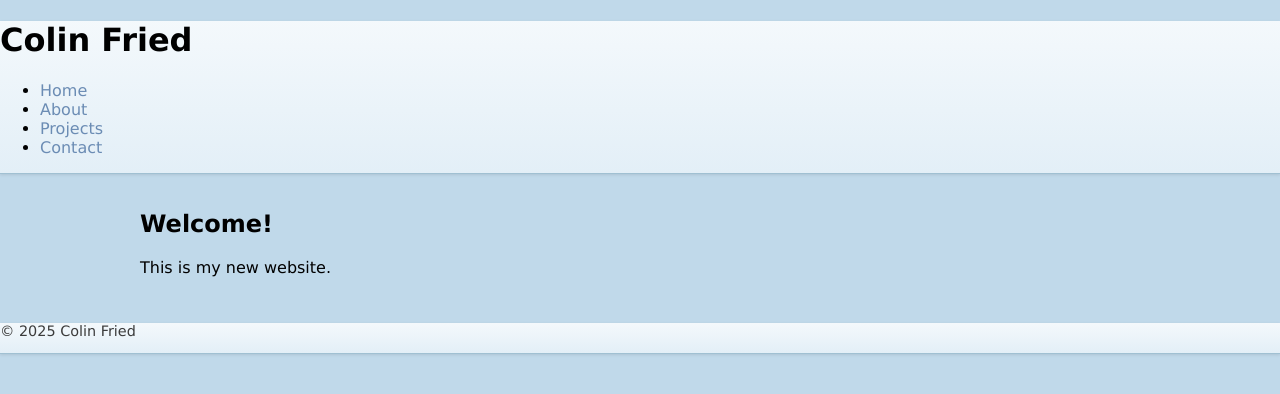
Repository: colinfdsaui/colin
Page: website.html
These files come from the project's save history. The page is drawn as it stood at one moment and after the next save; the edit follows.
The browser window is 1280 px wide. The pictures show the whole page.

Above is the page before, as saved 2025-07-08 12:13:41.

### website.html
<!DOCTYPE html>
<html lang="en">
<link rel="stylesheet" href="styles.css">

<head>
    <meta charset="UTF-8"/>
    <meta name="viewport" content="width=device-width, initial-scale=1.0"/>
    <title>My Website</title>
    <link rel="stylesheet" href="styles.css"/>
</head>
<body>

<!-- Header / Nav -->
<header>
    <h1>Colin Fried</h1>
    <nav>
        <ul class="nav-links">
            <li><a class="active" href="website.html">Home</a></li>
            <li><a href="about.html">About</a></li>
            <li><a href="projects.html">Projects</a></li>
            <li><a href="test.html">Contact</a></li>
        </ul>
    </nav>
</header>

<!-- Main Content-->
<main>
    <section id="hero">
        <h2>Welcome!</h2>
        <p>This is my new website.</p>
    </section>
</main>

<!-- Footer -->
<footer>
    <p> © 2025 Colin Fried</p>
</footer>

<body>
</html>

### styles.css
/* ====================
   Global & layout
   ==================== */

/* 1) Define your palette once, at the top of your main stylesheet */
:root {
  /* ─── Aqua Palette ───────────────────────────────────────────────────────── */
  /* Light backgrounds */
  --aqua-bg-primary:      #c0d9ea; /* window background */
  --aqua-bg-secondary:    #e3eff7; /* sidebar / panels */
  --aqua-bg-highlight:    #fffffd; /* key UI surfaces */

  /* Accent blues */
  --aqua-accent:          #8db9e3; /* buttons, active tabs */
  --aqua-accent-dark:     #6b8cb4; /* hover, active state */

  /* Text */
  --aqua-text-primary:    #000000; /* body text */
  --aqua-text-secondary:  #3b3b3b; /* captions, secondary labels */
  --aqua-text-inverse:    #ffffff; /* on blue buttons, etc */

  /* Borders / dividers */
  --aqua-border:          #a0c0d2;

  /* Shadows (optional) */
  --aqua-shadow:          rgba(0, 0, 0, 0.1);
}

/* Base page styles */
body {
  margin:            0;
  padding:           0;
  font-family:       "Lucida Grande", -apple-system, BlinkMacSystemFont, sans-serif;
  background-color:  var(--aqua-bg-primary);
  color:             var(--aqua-text-primary);
}

/* Header & Footer with fallback + gradient + borders + shadow */
header,
footer {
  /* solid‑color fallback */
  background-color: var(--aqua-bg-secondary);

  /* gradient layered on top */
  background-image: linear-gradient(
    to bottom,
    rgba(255,255,955,0.6),
    var(--aqua-bg-secondary)
  );

  background-repeat: no-repeat;
  background-size:   cover;

  border-bottom:     1px solid var(--aqua-border);
  box-shadow:        0 1px 3px var(--aqua-shadow);
}

main {
  padding:    1rem;
  max-width:  1000px;
  margin:     auto;
}

footer {
  font-size: 0.9rem;
  color:     var(--aqua-text-secondary);
}

/* ====================
   Typography & Links
   ==================== */
a {
  color:           var(--aqua-accent-dark);
  text-decoration: none;
}

a:hover {
  text-decoration: underline;
}

/* ====================
   Buttons & Panels
   ==================== */
button {
  background-color: var(--aqua-accent);
  color:            var(--aqua-text-inverse);
  border:           1px solid var(--aqua-accent-dark);
  border-radius:    4px;
  padding:          0.5em 1em;
  cursor:           pointer;
  box-shadow:       0 1px 2px var(--aqua-shadow);
  font-family:      inherit;
  transition:       background-color 0.2s ease;
}

button:hover {
  background-color: var(--aqua-accent-dark);
}

.panel {
  background-color: var(--aqua-bg-highlight);
  border:           1px solid var(--aqua-border);
  padding:          1em;
  border-radius:    6px;
}

/* ====================
   Clickable Images (cursor stays arrow)
   ==================== */
img.clickable {
  cursor:     default; /* arrow only */
  transition:
    transform 0.15s ease-out,
    filter    0.15s ease-out;
}

img.clickable:hover {
  transform: scale(1.05);
  filter:
    drop-shadow(0 4px 8px rgba(0,0,0,0.2))
    brightness(1.05);
}

/* ====================
   Flipbook container
   ==================== */
#flipbook,
#flipbook-wrapper {
  width:       800px;
  height:      600px;
  margin:      2rem auto;
  overflow:    hidden;
  background:  var(--aqua-bg-highlight);
  border:      1px solid var(--aqua-border);
  box-shadow:  0 2px 4px var(--aqua-shadow);
}

/* Two‑page layout */
#flipbook .page {
  width:         50%;
  height:        100%;
  float:         left;
  overflow:      hidden;
  background:    var(--aqua-bg-highlight);
  border-right:  1px solid var(--aqua-border);
}

#flipbook .page:last-child {
  border-right: none;
}

/* Single‑page hack */
#flipbook.single-page .page:nth-child(1) {
  display:      block;
  margin:       0 auto;
  width:        50%;
}
#flipbook.single-page .page:nth-child(2) {
  display: none;
}

/* Page images */
#flipbook .page img {
  width:       100%;
  height:      100%;
  object-fit:  contain;
  transition:  transform 0.3s ease;
}

/* Zoomed page image */
#flipbook .page img.zoomed {
  transform: scale(2);
  cursor:    zoom-out;
}

/* Mask (page‑1 illusion) */
#mask {
  position:          absolute;
  inset:             0;
  pointer-events:    none;
  background-image:  linear-gradient(
    to right,
    var(--aqua-bg-highlight) 0%,
    rgba(255,255,255,0)      40%,
    rgba(255,255,255,0)      60%,
    var(--aqua-bg-highlight) 100%
  );
  display:           none;
}

/* Full‑screen zoom modal */
#zoom-modal {
  display:          none;
  position:         fixed;
  inset:            0;
  background:       rgba(0, 0, 0, 0.8);
  z-index:          9999;
  align-items:      center;
  justify-content:  center;
  overflow:         auto;
}

#zoom-modal img {
  width:       150%;
  height:      150%;
  transform:   translate(-15%);
  object-fit:  contain;
}

After the next save:
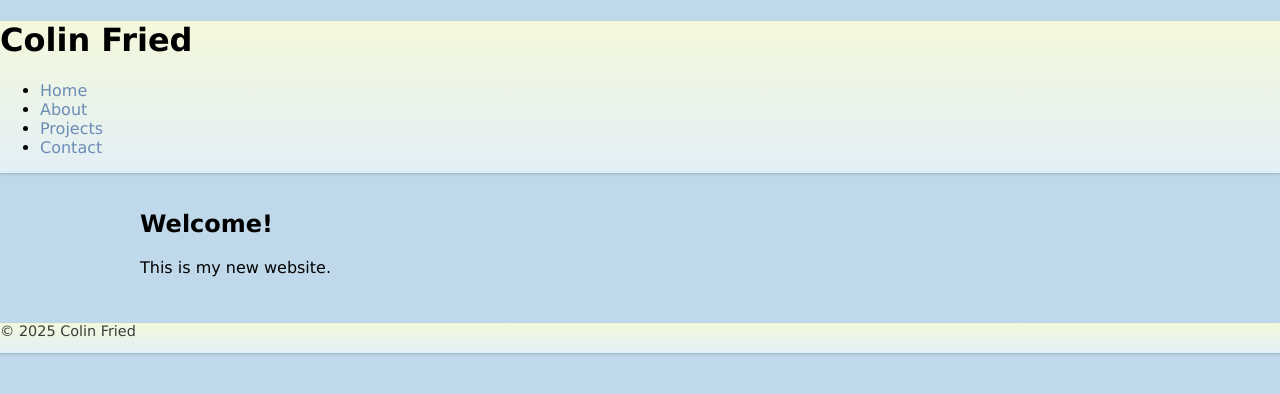
Saved 6 s later.
--- a/styles.css
+++ b/styles.css
@@ -44,7 +44,7 @@ footer {
   /* gradient layered on top */
   background-image: linear-gradient(
     to bottom,
-    rgba(255,255,955,0.6),
+    rgba(255,255,200,0.6),
     var(--aqua-bg-secondary)
   );
 
